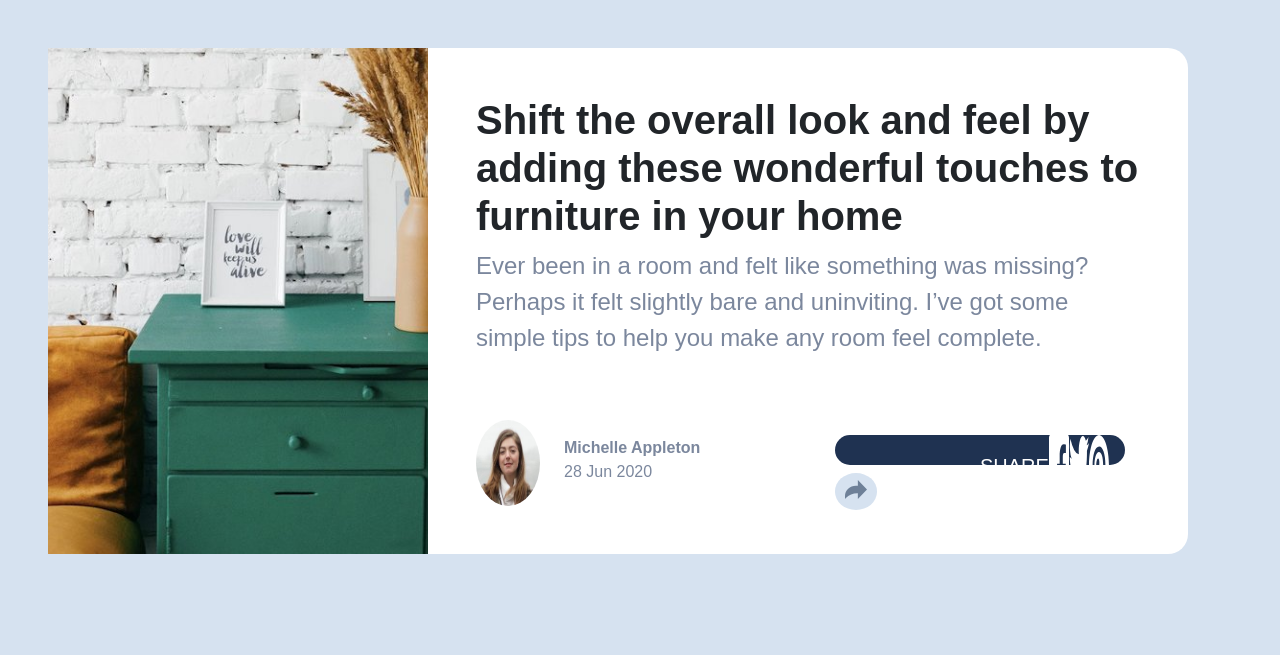
Repository: blordeus/article-preview-component
Page: index.html
These files come from the project's save history. The page is drawn as it stood at one moment and after the next save; the edit follows.
The browser window is 1280 px wide. The pictures show the whole page.

Above is the page before, as saved 2024-05-17 17:23:28.

After the next save:
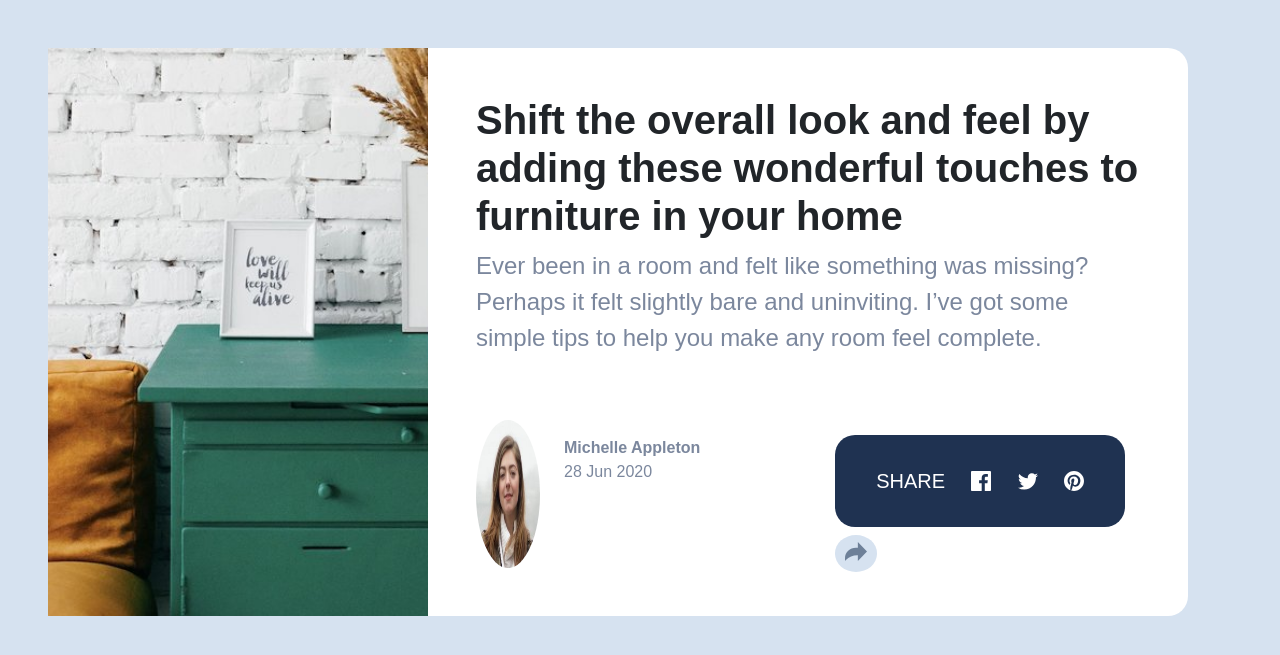
Saved 23 s later.
--- a/index.html
+++ b/index.html
@@ -36,12 +36,10 @@
           </div>
           <div class="col my-auto">
             <div class=" d-flex justify-content-evenly align-items-center popup position-relative">
-              <div class="position-absolute top-0 start-50 d-flex">
-                <p class="popup-text mt-3">SHARE</p>
-                  <img id="facebook" src="./images/icon-facebook.svg" alt="facebook">
-                  <img id="twitter" src="./images/icon-twitter.svg" alt="twitter">
-                  <img id="pinterest" src="./images/icon-pinterest.svg" alt="pinterest">
-              </div>
+              <p class="popup-text mt-3">SHARE</p>
+                <img id="facebook" src="./images/icon-facebook.svg" alt="facebook">
+                <img id="twitter" src="./images/icon-twitter.svg" alt="twitter">
+                <img id="pinterest" src="./images/icon-pinterest.svg" alt="pinterest">
             </div>
             <a href="#"><span class="share-background"><img id="share" src="./images/icon-share.svg" alt="share"></span></a>
           </div>
